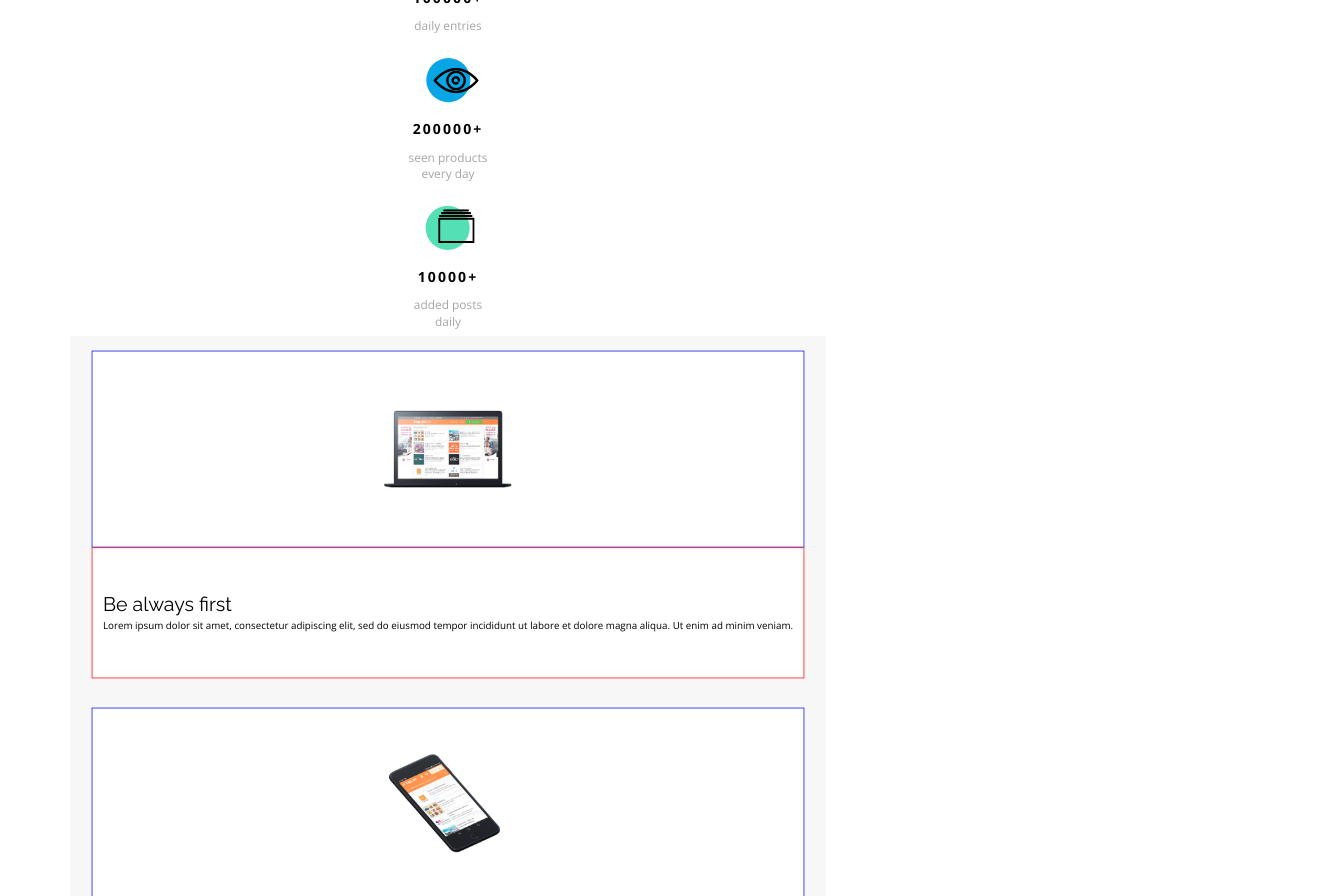
Repository: artwol993/BestShop
Page: index.html
An editor plug-in stored every save of this project. The page is shown before and after the next save, followed by the edit.
The browser window is 1280 px wide. The page is 1920 px wide, so the pictures cover 1920 px, including what lies to the right of the window. The pictures show the part of the page from y = 1350 to 2630 px (the page is 3597 px tall), at 70% of full size.
The style sheet was rebuilt from its Sass, Less or Tailwind sources for each picture, by a compiler version that may differ from the author's.

Above is the page before, as saved 2020-06-01 22:36:42.

After the next save:
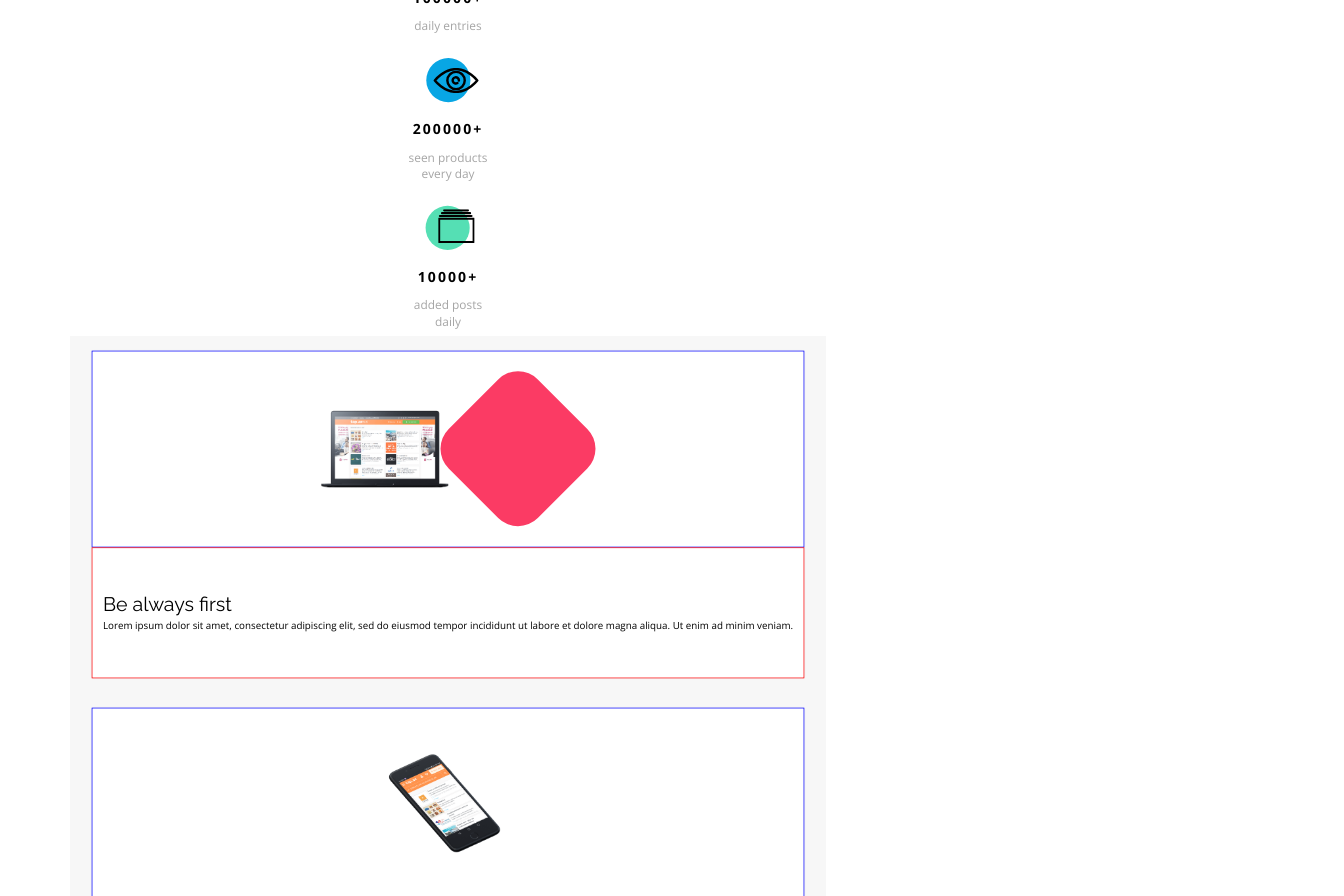
Saved 105 s later.
--- a/scss/main.scss
+++ b/scss/main.scss
@@ -424,7 +424,7 @@
   padding: 2px 10px;
 }
 
-.profits__box__double-notebook::after {
+.profits__box__double__img-notebook::after {
   content: "";
   display: block;
   width: 180px;
